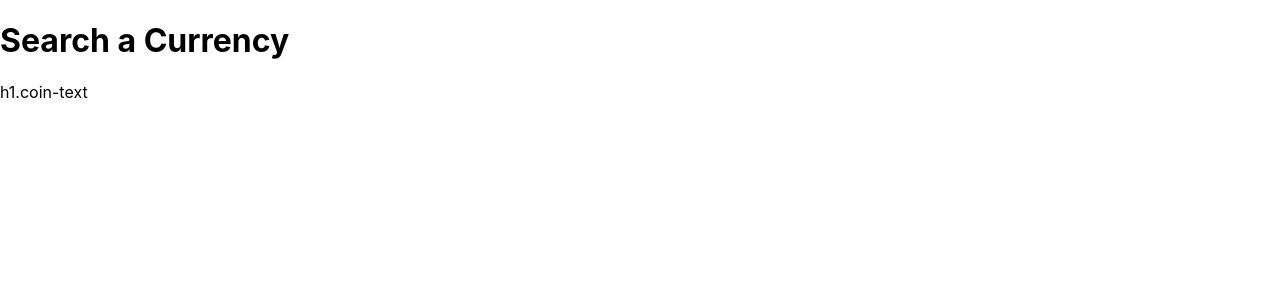
Repository: KamalEssam/react-api-crypto-tracker
Page: /
An editor plug-in stored every save of this project. The page is shown before and after a run of saves, followed by the edit.
The browser window is 1280 px wide. The pictures show the whole page.
The page's requests for data from a server got no answer. The project was rebuilt for these pictures with package versions that can differ from the ones it lists, and the page was loaded fresh each time. No one was signed in, and anything a server would have sent is missing. Also part of the build but not shown: src/App.css.

Above is the page before, as saved 2021-12-17 01:03:00.

After the next 2 saves:
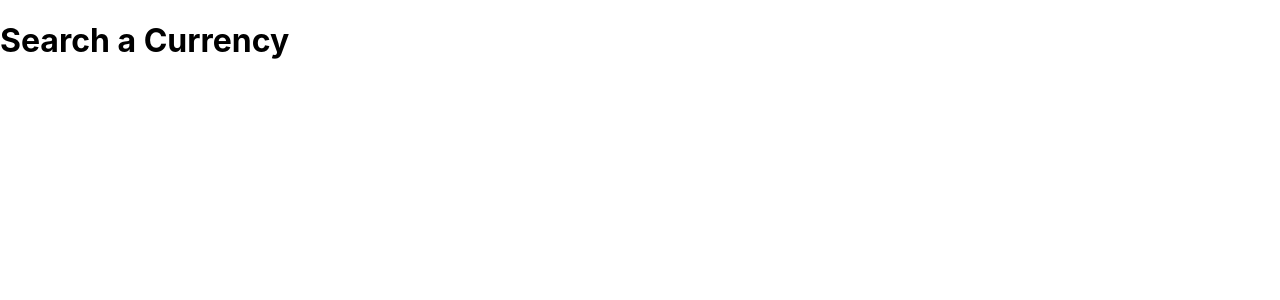
The 2 saves are shown as one change because they came seconds apart.
The last was saved 8 s later.
--- a/src/App.js
+++ b/src/App.js
@@ -20,7 +20,7 @@ function App() {
     <div className="coin-app">
       <div className="coin-search">
       <h1 className="coin-text">Search a Currency</h1>
-h1.coin-text
+
       </div>
     </div>
   );
